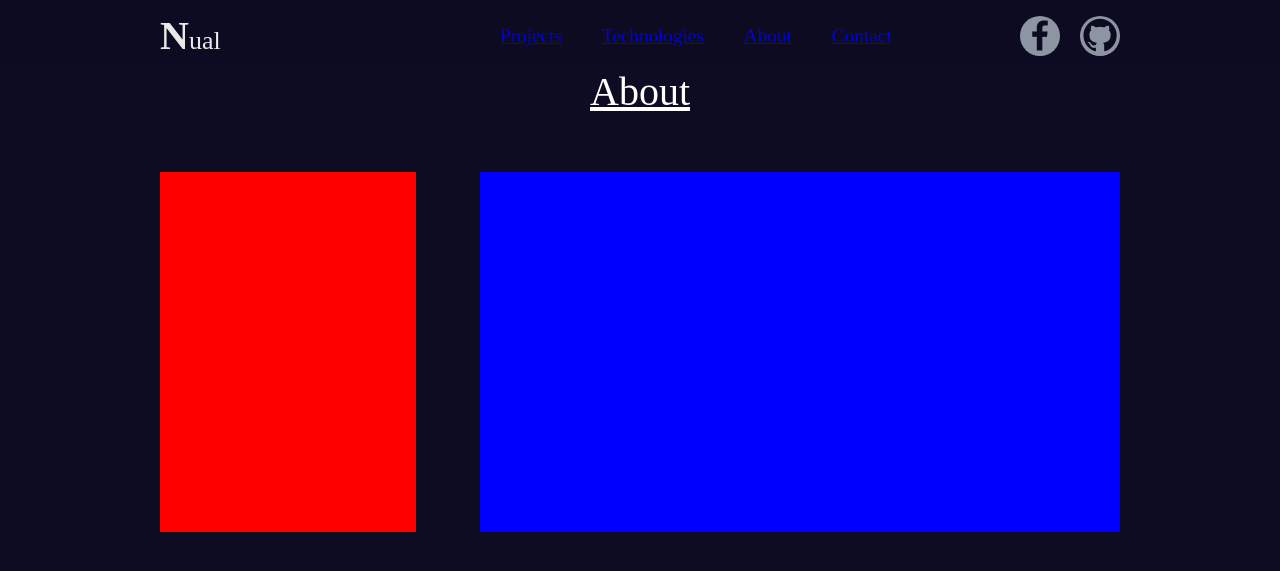
Repository: luanhoang0902/profile-react
Page: /About
An editor plug-in stored every save of this project. The page is shown before and after the next save, followed by the edit.
The browser window is 1280 px wide. The pictures show the whole page.
The project was rebuilt for these pictures with package versions that can differ from the ones it lists, and the page was loaded fresh each time. Also part of the build but not shown: src/css/Projects.css, src/features/Projects.jsx, src/css/Technologies.css, src/features/Technologies.jsx, src/css/Contact.css, src/features/Contact.jsx.

Above is the page before, as saved 2022-05-22 13:26:24.

### public/index.html
<!DOCTYPE html>
<html lang="en">
  <head>
    <meta charset="utf-8" />
    <link rel="icon" href="%PUBLIC_URL%/favicon.ico" />
    <meta name="viewport" content="width=device-width, initial-scale=1" />
    <meta name="theme-color" content="#000000" />
    <meta
      name="description"
      content="Web site created using create-react-app"
    />
    <link rel="apple-touch-icon" href="%PUBLIC_URL%/logo192.png" />
    <!--
      manifest.json provides metadata used when your web app is installed on a
      user's mobile device or desktop. See https://developers.google.com/web/fundamentals/web-app-manifest/
    -->
    <link rel="manifest" href="%PUBLIC_URL%/manifest.json" />
    <!--
      Notice the use of %PUBLIC_URL% in the tags above.
      It will be replaced with the URL of the `public` folder during the build.
      Only files inside the `public` folder can be referenced from the HTML.

      Unlike "/favicon.ico" or "favicon.ico", "%PUBLIC_URL%/favicon.ico" will
      work correctly both with client-side routing and a non-root public URL.
      Learn how to configure a non-root public URL by running `npm run build`.
    -->
    <link rel="stylesheet"
    href="https://cdn.jsdelivr.net/npm/boxicons@latest/css/boxicons.min.css">
    <!-- or -->
    <link rel="stylesheet"
    href="https://unpkg.com/boxicons@latest/css/boxicons.min.css">
    <title>React App</title>
  </head>
  <body>
    <noscript>You need to enable JavaScript to run this app.</noscript>
    <div id="root"></div>
    <!--
      This HTML file is a template.
      If you open it directly in the browser, you will see an empty page.

      You can add webfonts, meta tags, or analytics to this file.
      The build step will place the bundled scripts into the <body> tag.

      To begin the development, run `npm start` or `yarn start`.
      To create a production bundle, use `npm run build` or `yarn build`.
    -->
  </body>
</html>

### src/App.js
import './App.css';
import Intro from './components/Intro';
import Header from './components/Header'
import { Route, Routes } from 'react-router-dom';
import Projects from './features/Projects';
import Technologies from './features/Technologies';
import About from './features/About';
import Contact from './features/Contact';

function App() {
  return (
    <div className="App" style = {{background: '#0d0c22', color: '#fff'}}>
      <Intro/>
      <Header/>
      <Routes>
        <Route path = '/Projects' element = {<Projects/>} exact />
        <Route path = '/Technologies' element = {<Technologies/>} exact />
        <Route path = '/About' element = {<About/>} exact />
        <Route path = '/Contact' element = {<Contact/>} exact />
      </Routes>
    </div>
  );
}

export default App;

### src/App.css
/* http://meyerweb.com/eric/tools/css/reset/
   v2.0 | 20110126
   License: none (public domain)
*/
* {
	box-sizing: border-box;
}

html, body, div, span, applet, object, iframe,
h1, h2, h3, h4, h5, h6, p, blockquote, pre,
a, abbr, acronym, address, big, cite, code,
del, dfn, em, img, ins, kbd, q, s, samp,
small, strike, strong, sub, sup, tt, var,
b, u, i, center,
dl, dt, dd, ol, ul, li,
fieldset, form, label, legend,
table, caption, tbody, tfoot, thead, tr, th, td,
article, aside, canvas, details, embed,
figure, figcaption, footer, header, hgroup,
menu, nav, output, ruby, section, summary,
time, mark, audio, video {
	margin: 0;
	padding: 0;
	border: 0;
	font-size: 100%;
	font: inherit;
	vertical-align: baseline;
}
/* HTML5 display-role reset for older browsers */
article, aside, details, figcaption, figure,
footer, header, hgroup, menu, nav, section {
	display: block;
}
body {
	line-height: 1;
}
ul {
	list-style: none;
}
blockquote, q {
	quotes: none;
}
blockquote:before, blockquote:after,
q:before, q:after {
	content: '';
	content: none;
}
table {
	border-collapse: collapse;
	border-spacing: 0;
}

### src/components/Intro.jsx
import React, { useEffect, useRef } from 'react';
import PropTypes from 'prop-types';

import "../css/Intro.css"

Intro.propTypes = {

};

function Intro(props) {

    const intro = useRef()

    useEffect(() => {
        console.log(intro.current)
        setTimeout(() => {
            intro.current.classList.add('up')
        },4000)
    },[])

    return (
        <div className="intro" ref = {intro}>
            <span className="text-1">
                <div></div>
            </span>
            <span className="text-2">P</span>
            <span className="text-3">E</span>
            <span className="text-4">N</span>
        </div>
    );
}

export default Intro;

### src/components/Header.jsx
import React, { useEffect, useRef } from "react";
import PropTypes from "prop-types";

import "../css/Header.css";
import { Link } from "react-router-dom";

Header.propTypes = {};

function Header(props) {
  const varHeader = useRef();

  useEffect(() => {
    window.addEventListener("scroll", (event) => {
      let scrollY = window.scrollY;
      scrollY > 180
        ? varHeader.current.classList.add("abc")
        : varHeader.current.classList.remove("abc");
    });
  }, []);

  return (
    <div className="header" ref={varHeader}>
      <div className="header__content">
        <div className="header__one">Nual</div>
        <div className="header__two">
          <div>
            <Link to="/Projects">Projects</Link>
          </div>
          <div>
            <Link to="/Technologies">Technologies</Link>
          </div>
          <div>
            <Link to="/About">About</Link>
          </div>
          <div>
            <Link to="/Contact">Contact</Link>
          </div>
        </div>
        <div className="header__three">
          <a href="https://www.facebook.com/profile.php?id=100029577947626">
            <i class="bx bxl-facebook"></i>
          </a>
          <a href = 'https://github.com/luanhoang0902 '>
            <i class="bx bxl-github"></i>
          </a>
        </div>
      </div>
    </div>
  );
}

export default Header;

### src/features/About.jsx
import React from 'react';
import PropTypes from 'prop-types';

import "../css/About.css"

About.propTypes = {

};

function About(props) {
    return (
        <div className="about">
            <u>About</u>
            <div className="about-content">
                <div className="about-content__avatar"></div>
                <div className="about-content__infomation"></div>
            </div>
        </div>
    );
}

export default About;

### src/css/Intro.css
@import url(./variable.css);

.intro {
    position: fixed;

    height: 100vh;
    width: 100vw;
    background-color: var(--black);

    color: var(--white);
    text-align: center;
    line-height: 100vh;

    font-size: 60px;
    font-weight: 600;
    transition: all 2s ease-out;
    z-index: 100;
}
.up {
    transform: translateY(-100%);
    opacity: 0;
}
.intro  span {
    display: inline-block;
}
.text-1 {
    display: inline-block;

    height: 50px;
    width: 50px;
    background-color: white;

    border: 5px solid var(--white);
    border-radius: 50%;

    animation: up 2s  infinite linear;
}
.text-2 {
    animation: up 2s  infinite linear 0.25s;
}
.text-3 {
    animation: up 2s  infinite linear 0.5s;
}
.text-4 {
    animation: up 2s  infinite linear 0.75s;
}
.text-1 div {
    height: 30px;
    width: 30px;
    background-color: white;

    border: 10px solid var(--black);
    border-right: transparent solid 10px;
    border-radius: 50%;

    animation: xoay 5s  infinite linear;
}
/* .in {
    height: 20px;
    width: 20px;
    background-color: white;

    border-right: 10px solid var(--black);
    border-radius: 50%;
} */

@keyframes xoay {
    from {
        transform: rotate(0);
    }
    to{
        transform: rotate(360deg);
    }
}

@keyframes up {
    0% {
        transform: translateY(0px);
    }
    50% {
        transform: translateY(-20px);
    }
    100% {
        transform: translateY(0px);
    }
}

@keyframes non1 {
    to{
        transform: translateY(-100%);
    }
}

### src/css/Header.css
@import url(./variable.css);

.header {
    position: fixed;

    height: 10vh;
    width: 100vw;

}
.abc {
    background-color: var(--black)
}
.header__content {
    display: flex;

    height: 100%;
    width: 75vw;

    margin: 0 auto;
}
.header__content div {
    height: 100%;
    width: 25vw;

    line-height: 10vh;
}
.header__one {
    font-size: 26px;
}
.header__one::first-letter {
    font-size: 40px;
    font-weight: 600;
}
.header__two {
    display: flex;
}
.header__two div {
    color: var(--gray);
    font-size: 1.2rem;

    transition: all 0.5s ease;
    margin: 0 20px;
}
.header__two div:hover {
    color: var(--white);
    transform: scale(1.2);
    cursor: pointer;
}
.header__three div:hover {
    background-color: var(--white);
    transform: scale(1.2);
    cursor: pointer;
}
.header__three {
    display: flex;
    align-items: center;
    justify-content: flex-end;
}
.header__three a {
    height: 40px;
    width: 40px;
    background-color: var(--gray);

    border-radius: 50%;
    margin-left: 20px ;

    color: var(--black);
    font-size: 40px;
    text-align: center;
    line-height:40px;

}

### src/css/About.css
.about {
    height: 100vh;
    width: 75vw;


    margin: 0 auto;
    padding-top: 10vh;

    text-align: center;
}
.about u {
    font-size: 40px;
}
.about-content {
    display: flex;
    justify-content: space-between;
    align-items: center;

    margin-top: 60px;
}
.about-content__avatar {
    height: 50vh;
    width: 20vw;

    background-color: red;
}
.about-content__infomation {
    height: 50vh;
    width: 50vw;

    background-color: blue;
}

### src/css/variable.css
:root {
    --black: #0d0c22;
    --white: white;
    --gray: #9ca3af;
}

Loaded but not shown: src/index.js (common file)

After the next save:
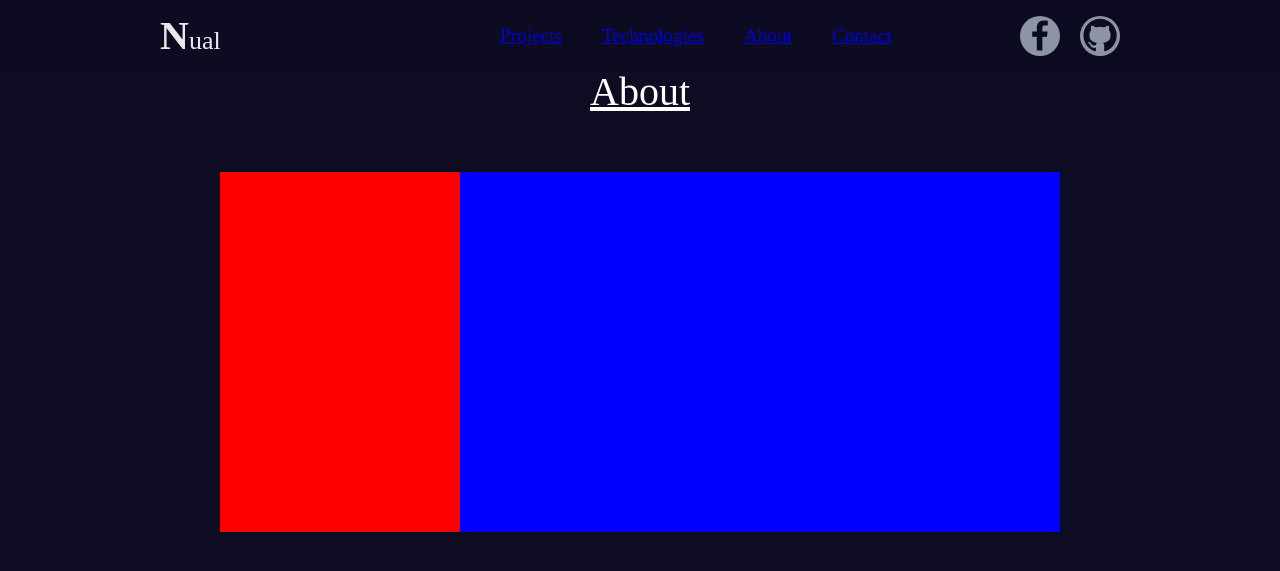
Saved 32 s later.
--- a/src/css/About.css
+++ b/src/css/About.css
@@ -16,7 +16,8 @@
     justify-content: space-between;
     align-items: center;
 
-    margin-top: 60px;
+
+    padding: 60px;
 }
 .about-content__avatar {
     height: 50vh;
